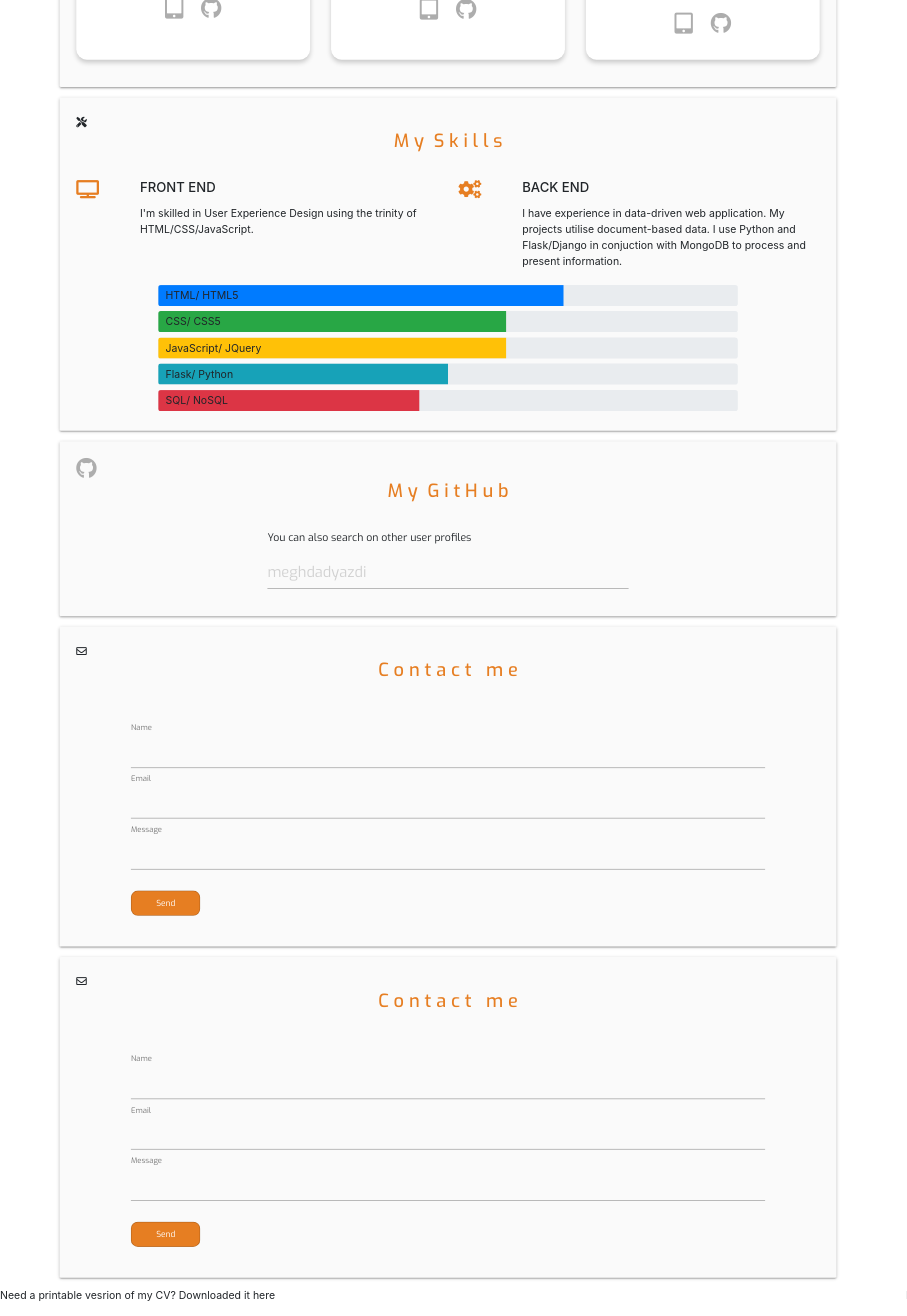
Repository: meghdadyazdi/SD_Res
Page: index.html
The author's editor kept a record of every edit. The page is drawn from the files as they stood at one moment, then again after the next edit.
The browser window is 1280 px wide. The page is 1295 px wide, so the pictures cover 1295 px, including what lies to the right of the window. The pictures show the part of the page from y = 1005 to 2885 px (the page is 2885 px tall before and 2847 px after), at 70% of full size.
Some web libraries are served in a nearby version.

Above is the page before.
Console error: ReferenceError: $ is not defined

### index.html
<!DOCTYPE html>
<html lang="en">

<head>
  <meta charset="UTF-8">
  <meta name="viewport" content="width=device-width, initial-scale=1.0">
  <meta http-equiv="X-UA-Compatible" content="ie=edge">
  <link rel="stylesheet" href="https://cdnjs.cloudflare.com/ajax/libs/materialize/1.0.0/css/materialize.min.css">
  <link href="https://fonts.googleapis.com/icon?family=Material+Icons" rel="stylesheet">
  <link rel="stylesheet" href="assets/style.css" type="text/css" />
  <link href="https://fonts.googleapis.com/css?family=Raleway:100,100i,200,200i,300,300i,400,400i,500,500i,600,600i,700,700i,800,800i,900,900i&display=swap&subset=latin-ext" rel="stylesheet">
  <link rel="stylesheet" href="https://stackpath.bootstrapcdn.com/bootstrap/4.4.1/css/bootstrap.min.css" integrity="sha384-Vkoo8x4CGsO3+Hhxv8T/Q5PaXtkKtu6ug5TOeNV6gBiFeWPGFN9MuhOf23Q9Ifjh" crossorigin="anonymous">
  <link href="https://fonts.googleapis.com/css?family=Roboto+Slab:400,700&display=swap" rel="stylesheet">
  <link rel="stylesheet" href="https://use.fontawesome.com/releases/v5.6.1/css/all.css" integrity="sha384-gfdkjb5BdAXd+lj+gudLWI+BXq4IuLW5IT+brZEZsLFm++aCMlF1V92rMkPaX4PP" crossorigin="anonymous">
  <link href="https://fonts.googleapis.com/css?family=Dosis&display=swap" rel="stylesheet">
  <script type="text/javascript" src="assets/js/github-information.js"></script>
  <title>Meghdad Yazdi's Resume</title>

  <script type="text/javascript" src="https://cdn.jsdelivr.net/npm/emailjs-com@2.3.2/dist/email.min.js"></script>
  <script type="text/javascript">
    (function() {
      emailjs.init("user_qJqSswG9orTrNOoYLmxQi");
    })();
  </script>
</head>

<body>



  <nav>
    <div class="nav-wrapper">
      <a id="home" href="index.html" class="brand-logo">Home</a>
      <a href="#" data-target="mobile-demo" class="sidenav-trigger"><i class="material-icons">menu</i></a>
      <ul class="right hide-on-med-and-down">
        <li><a href="#about">About</a></li>
        <li><a href="#projects">Projects</a></li>
        <li><a href="#skills">My Skils</a></li>
        <li><a href="#github">Git Hub</a></li>
        <li><a href="#contact">Contact me</a></li>
        <li><a href="#contact">My CV</a></li>
      </ul>
    </div>
    <ul class="sidenav text-font" id="mobile-demo">
      <li><a href="#about">About</a></li>
      <li><a href="#projects">Projects</a></li>
      <li><a href="#skills">My Skils</a></li>
      <li><a href="#github">Git Hub</a></li>
      <li><a href="#contact">Contact me</a></li>
      <li><a href="#contact">My CV</a></li>
    </ul>
  </nav>


  <section class="container">
    <div class="card-panel grey lighten-5 z-depth-1">
      <div class="row valign-wrapper">
        <div class="col-sm-4 center">
          <!--<div class="col my_img">-->
          <img src="assets/images/meghdad_res2.jpg" alt="" class="circle responsive-img center">
          <!-- notice the "circle" class -->
          <!--</div>-->
        </div>
        <div class="col-sm-8 center">
          <div class="row">
            <div class="col-sm-12 center">
              <span class="black-text name-font">
                Meghdad Yazdi
              </span>
            </div>
            <div class="col-sm-12 center">
              <span class="black-text my-font">
                Full Stack Developer
              </span>
            </div>
          </div>
        </div>
      </div>
    </div>
  </section>

  <section class="container">
    <div class="card-panel grey lighten-5 z-depth-1">
      <div><i class="far fa-user icons"></i></div>
      <div class="row">
        <div class="col-sm-12 text-font">
          <h3 id="about" class="three-reasons-icon">A b o u t</h3>
        </div>
        <div class="col-sm-6 col-md-4 text-font m0">

          <p>
            I'm a physicist and a skilled Fullstack developer with a wealth of diverse life and technical experience that I bring to every project.
          </p>
        </div>
        <div class="col-sm-6 col-md-4 text-font m0">
          <!--<h3>HOW DO I DO IT?</h3>-->
          <p>
            I follow form as well as function. I know that aesthetics of effective design combined with application speed, security and reliability creates a great user experience.
          </p>
        </div>
        <div class="col-sm-6 col-md-4 text-font m0">
          <!--<h3>WHY HIRE ME</h3>-->
          <p>
            I work quickly and effectively in getting things built and working across the stock. I'm an excellent communicator who thrives in bright and enthusiastic teams, I'm also a self-starter when I work solo.
          </p>
        </div>
      </div>
    </div>
  </section>


  <section class="container">
    <div class="card-panel grey lighten-5 z-depth-1">
      <div><i class="fas fa-cog icons"></i></div>
      <div class="row align-items-center">
        <div class="col-sm-12 text-font">
          <h3 id="projects" class="three-reasons-icon">P r o j e c t s</h3>
        </div>

        <div class="col-sm-12 col-md-6 col-lg-4">
          <div id="cook" class="card">
            <img id="img-cook" src="assets/images/cookbook.png" alt="CooKBooK" class="work-img" style="width:100%">
            <div class="container">
              <h4><b>CooKBooK</b></h4>
              <h5>Flask, Python, Jquery, MongoDB</h5>
              <p>A site to search recipes. Users signs in/up to share their recipes and rate all recipes.</p>
              <div class="par"><a href="https://cookbook-meghdad.herokuapp.com" target="_blank"><i class="fas fa-tablet-alt"></i></a> &nbsp&nbsp&nbsp&nbsp
                <a href="https://github.com/meghdadyazdi/cookbook" target="_blank"><i class="fab fa-github"></i></a></div>
            </div>
          </div>
        </div>


        <div class="col-sm-12 col-md-6 col-lg-4">
          <div id="tetris" class="card">
            <img id="img-tetris" src="assets/images/Tetris.png" alt="Tetris Game" class="work-img" style="width:100%">
            <div class="container">
              <h4><b>Tetris Game</b></h4>
              <h5>Javascript, JQuery, HTML</h5>
              <p>Inspired by famous Tetris game. Optimized for desktop, tablet and mobile devices.</p>
              <div class="par"><a href="https://meghdadyazdi.github.io/IFD-Milestone/" target="_blank"><i class="fas fa-tablet-alt"></i></a> &nbsp&nbsp&nbsp&nbsp
                <a href="https://github.com/meghdadyazdi/IFD-Milestone" target="_blank"><i class="fab fa-github"></i></a></div>
            </div>
          </div>
        </div>


        <div class="col-sm-12 col-md-6 col-lg-4">
          <div id="gym" class="card">
            <img id="img-gym" src="assets/images/gym.png" alt="Gym" class="work-img" style="width:100%">
            <div class="container">
              <h4><b>Perfect Gym</b></h4>
              <h5>HTML, CSS, Bootstrap</h5>
              <p>A front-end design for a gym for introducing the activities and classes to members.</p>
              <div class="par"><a href="https://meghdadyazdi.github.io/UCFD-Milestone/index.html" target="_blank"><i class="fas fa-tablet-alt"></i></a> &nbsp&nbsp&nbsp&nbsp
                <a href="https://github.com/meghdadyazdi/UCFD-Milestone" target="_blank"><i class="fab fa-github"></i></a></div>
            </div>
          </div>
        </div>

      </div>

    </div>
  </section>

  <section class="container">
    <div class="card-panel grey lighten-5 z-depth-1">
      <div><i class="fas fa-tools icons"></i></div>
      <div class="col-sm-12 text-font">
        <h3 id="skills" class="three-reasons-icon">M y &nbspS k i l l s</h3>
      </div>
      <div class="row">
        <div class="col-10 offset-1 offset-sm-0 col-sm-6">
          <div class="row">
            <div class="col-2">
              <i class="three-reasons-icon fa fa-tv" aria-hiden="true"></i>
            </div>
            <div class="col-10">
              <h5 class="three-reasons-heading uppercase">FRONT END</h5>
              <p>I'm skilled in User Experience Design using the trinity of HTML/CSS/JavaScript.
              </p>
            </div>
          </div>
        </div>
        <div class="col-10 offset-1 offset-sm-0 col-sm-6">
          <div class="row">
            <div class="col-2">
              <i class="three-reasons-icon fa fa-cogs" aria-hiden="true"></i>
            </div>
            <div class="col-10">
              <h5 class="three-reasons-heading uppercase">BACK END</h5>
              <p>
                I have experience in data-driven web application. My projects utilise document-based data. I use Python and Flask/Django in conjuction with MongoDB to process and present information.
              </p>
            </div>
          </div>
        </div>
      </div>


      <div class="row progress-section">
        <div class="col">
          <div class="progress">
            <div class="progress-bar" role="progressbar" aria-valuenow="90" aria-valuemin="0" aria-valuemax="100" style="width:70%;">
              <span class="sr-only">70% complete</span>
            </div>
            <span class="progress-type progress-font">HTML/ HTML5</span>
          </div>
          <div class="progress">
            <div class="progress-bar bg-success" role="progressbar" aria-valuenow="70" aria-valuemin="0" aria-valuemax="100" style="width:60%;">
              <span class="sr-only">600% complete</span>
            </div>
            <span class="progress-type progress-font">CSS/ CSS5</span>
          </div>

          <div class="progress">
            <div class="progress-bar bg-warning" role="progressbar" aria-valuenow="80" aria-valuemin="0" aria-valuemax="100" style="width:60%;">
              <span class="sr-only">60% complete</span>
            </div>
            <span class="progress-type progress-font">JavaScript/ JQuery</span>
          </div>
          <div class="progress">
            <div class="progress-bar bg-info" role="progressbar" aria-valuenow="75" aria-valuemin="0" aria-valuemax="100" style="width:50%;">
              <span class="sr-only">50% complete</span>
            </div>
            <span class="progress-type progress-font">Flask/ Python</span>
          </div>
          <div class="progress">
            <div class="progress-bar bg-danger" role="progressbar" aria-valuenow="80" aria-valuemin="0" aria-valuemax="100" style="width:45%;">
              <span class="sr-only">45% complete</span>
            </div>
            <span class="progress-type progress-font">SQL/ NoSQL</span>
          </div>
        </div>
      </div>

    </div>
  </section>

  <section class="container">
    <div class="card-panel grey lighten-5 z-depth-1">
      <div><i class="fab fa-github icons"></i></div>
      <div class="row bg-color-contact">

        <div class="col-sm-12 text-font">
          <h3 id="github" class="three-reasons-icon">M y &nbspG i t H u b</h3>
        </div>

        <div class="col-md-6 offset-md-3 center-form text-font">

          <p>
            You can also search on other user profiles
          </p>

        </div>
        <div class="col-md-6 offset-md-3 center-form text-font">
          <input type="text" id="gh-username" placeholder="meghdadyazdi" value="" oninput="fetchGitHubInformation()" />
          <div id="gh-user-data"></div>
          <div id="gh-repo-data"></div>
        </div>
      </div>
    </div>
  </section>


  <section class="container">
    <div class="card-panel grey lighten-5 z-depth-1">
      <div><i class="far fa-envelope icons"></i></i></div>
      <div class="col-sm-12 text-font">
          <h3 id="contact" class="three-reasons-icon">C o n t a c t &nbsp m e</h3>
        </div>

      <form id="myform" class="text-font">
        <label>Name</label>
        <input type="text" name="from_name" />
        <label>Email</label>
        <input type="text" name="from_email" />
        <label>Message</label>
        <input type="text" name="project_request" />
        <br><br>
        <button>Send</button>
      </form>

    </div>
  </section>


  <section class="container">
    <div class="card-panel grey lighten-5 z-depth-1">
      <div><i class="far fa-envelope icons"></i></i></div>
      <div class="col-sm-12 text-font">
          <h3 id="contact" class="three-reasons-icon">C o n t a c t &nbsp m e</h3>
        </div>

      <form id="myform" class="text-font">
        <label>Name</label>
        <input type="text" name="from_name" />
        <label>Email</label>
        <input type="text" name="from_email" />
        <label>Message</label>
        <input type="text" name="project_request" />
        <br><br>
        <button>Send</button>
      </form>

    </div>
  </section>


  <p class="inline-block">
                    Need a printable vesrion of my CV? Downloaded it here
                    <a href="CV/CV_Meghdad_Yazdi.pdf" target="_blank" class="cv-pdf">
                     <i class="fas fa-download" aria-hidden="true"></i>
                     <span class="sr-only">Doanload link</span>
                 </a>
                </p>


  <div class="row">
    <div class="col d-none d-md-block">
      <div class="go-home">
        <a href="#home"><i class="far fa-hand-point-up up"></i></a>
      </div>
    </div>
  </div>

</body>
<script src="https://cdnjs.cloudflare.com/ajax/libs/jquery/3.4.1/jquery.min.js" integrity="sha256-CSXorXvZcTkaix6Yvo6HppcZGetbYMGWSFlBw8HfCJo=" crossorigin="anonymous"></script>
<script src="https://cdnjs.cloudflare.com/ajax/libs/materialize/1.0.0/js/materialize.min.js"></script>
<script type="text/javascript" src="assets/js/jquery.js"></script>
<script src="https://smtpjs.com/v3/smtp.js"></script>
<script type="text/javascript" src="assets/js/main.js"></script>
<script src="assets/js/sendEmail.js"></script>


</html>

### assets/style.css
@import url('https://fonts.googleapis.com/css?family=Roboto:100,200,300,400,500,600,700|Exo:100,200,300,400,500,600,700');

nav {
    background-color: #e67e22;
}

.sidenav {
    width: 150px;
    background-color: #e67e22;
}

.row .col.m2 {
    width: 50%;
    margin: 0;
}

.row .col.s12 {
    width: 50%;
    margin: 0;
}

.card-panel{
    position: relative;
}

.dark-bg{
    background-color: #676767;
}

.go-home {
  position: fixed;
  right: 25px;
  bottom: 25px;
  width: 50px;
  height: 50px;
  border-radius: 50%;
  background-color: #e67e22;
  color: white;
  text-align: center;
}

.fa-hand-point-up{
  font-size: 40px;
  margin: 5px 2px 0 0;
}

a {
    color: #fff !important;
}

.center {
  display: block;
  margin-left: auto;
  margin-right: auto;
  width: 50%;
}

img.responsive-img {
    max-width: 50%;
}
.name-font{
    font-family: 'Dosis', sans-serif;
    /*font-family: "Roboto", sans-serif;*/
    font-size: 2.5rem;
    font-weight: 400;
    text-align: center;
}
.my-font{
    /*font-family: 'Dosis', sans-serif;*/
    font-family: "Roboto", sans-serif;
    font-size: 1.8rem;
    /*text-align: center;*/
    font-weight: 100;
}
.text-font{
    /*font-family: 'Dosis', sans-serif;*/
    font-family: "Exo", sans-serif;
    font-size: 1rem;
    /*text-align: center;*/
    font-weight: 400;
}
.row{
    margin: 0;
}

.m0{
  margin: 0 !important;
}

.p0{
  padding: 0 !important;
}

/*.row .col-sm-6{*/
/*  margin-top: 5rem; */
/*}*/

a:hover {
    color: #fff !important;
    text-decoration: none !important;
}

.card {
  box-shadow: 0 4px 8px 0 rgba(0,0,0,0.2);
  transition: 0.3s;
  width: 100%;
  height: 380px;
  border-radius: 15px !important;
  border: 0px solid rgba(0,0,0,.125) !important;
}

.card:hover {
  box-shadow: 0 8px 90px 0 rgba(0,0,0,1);
}

.mauto{
  margin: auto !important;
}

.fa-tablet-alt{
  font-size: 30px;
  color: #adadad
}

.fa-tablet-alt:hover{
  transform: rotate(5deg);
  color: #5a5a5a;
}

.fa-github{
  font-size: 30px;
  color: #adadad
}

.fa-github:hover{
  transform: rotate(5deg);
  color: #5a5a5a;
}

.par{
  text-align: center;
}

.work-img{
  filter: grayscale(100%);
}

#img-cook,
#img-tetris,
#img-gym{
  border-radius: 15px;
}

h4{
  margin-top: 1rem !important;
  color: #000;
}

h3{
text-align:center;
font-size:20px;
margin-bottom: 40px !important;
}

.card-img{

}

/*__________________________Skils______________________________*/

.progress{
    position: relative;
    height: 30px !important;
    margin-bottom: 4px;
}

.progress-type{
    position: absolute;
    left: 0;
    font-weight: 400;
    padding: 4px 39px 19px 10px;
    color: #212529;
}

.progress-section{
    margin: 0px auto!important;
    width: 80%;
}

.progress-font{
  font-size: 15px;
}

/*___________________________three reason___________________________________*/

.three-reasons-icon{
    font-size: 26px;
    color: #e67e22;
}

.three-reasons-heading{
    margin-bottom: 15px;
}


/*__________________________Github_____________________________*/
#search-area {
  display: block;
  max-width: 70%;
  margin: 0 auto;
  background: #fff;
  padding: 15px 25px;
  -webkit-box-shadow: 1px 2px 3px -1px rgba(0, 0, 0, 0.4);
  -moz-box-shadow: 1px 2px 3px -1px rgba(0, 0, 0, 0.4);
  box-shadow: 1px 2px 3px -1px rgba(0, 0, 0, 0.4);
  -webkit-border-radius: 4px;
  -moz-border-radius: 4px;
  border-radius: 4px;
}

#gh-api-data {
  display: block;
  padding: 25px 0;
}

#loader {
  display: block;
  width: 200px;
  height: 200px;
  margin: 0 auto;
}


/* page content styles */

.small-name {
  font-size: 0.75em;
  color: #a9a9a9;
  font-style: italic;
}

.avi {
  float: left;
  margin-right: 7px;
  margin-bottom: 7px;
}

.avi img {
  border: 1px solid #ccc;
  padding: 3px;
}

.repo-list {
  display: block;
  clear: both;
  width: 100%;
}

.repo-list ul {
  font-size: 1.2em;
}

.repo-list ul li {
  display: block;
}

.repo-list ul li a {
  font-weight: bold;
  padding: 6px 9px;
  display: block;
  float: left;
  margin-right: 10px;
  margin-bottom: 10px;
  text-decoration: none;
  border: 1px solid #356492;
  -webkit-border-radius: 3px;
  -moz-border-radius: 3px;
  border-radius: 3px;
  color: #fff;
  background-color: #3673af;
  background-image: -webkit-gradient(linear, left top, left bottom, from(#5597d8), to(#3673af));
  background-image: -webkit-linear-gradient(top, #5597d8, #3673af);
  background-image: -moz-linear-gradient(top, #5597d8, #3673af);
  background-image: -ms-linear-gradient(top, #5597d8, #3673af);
  background-image: -o-linear-gradient(top, #5597d8, #3673af);
  background-image: linear-gradient(top, #5597d8, #3673af);
}

.repo-list ul li a:hover {
  background-color: #396895;
  background-image: -webkit-gradient(linear, left top, left bottom, from(#4b87c2), to(#396895));
  background-image: -webkit-linear-gradient(top, #4b87c2, #396895);
  background-image: -moz-linear-gradient(top, #4b87c2, #396895);
  background-image: -ms-linear-gradient(top, #4b87c2, #396895);
  background-image: -o-linear-gradient(top, #4b87c2, #396895);
  background-image: linear-gradient(top, #4b87c2, #396895);
}

.repo-list ul li a:active {
  -webkit-box-shadow: inset 0 3px 5px rgba(0, 0, 0, 0.25);
  -moz-box-shadow: inset 0 3px 5px rgba(0, 0, 0, 0.25);
  box-shadow: inset 0 3px 5px rgba(0, 0, 0, 0.25);
}

.repo-list ul li a span {
  font-family: "Courier New", Courier, "Lucida Typewriter", monospace;
  font-size: 0.9em;
}

/* input field */

#gh-username {
  display: block;
  padding: 0;
  font-size: 1.4em;
  color: #666;
  /*max-width: 550px;*/
  margin-bottom: 15px;
}


#gh-submit {
  display: inline-block;
  padding: 8px 18px;
  font-size: 14px;
  font-weight: bold;
  color: #444;
  text-decoration: none;
  text-shadow: 0 1px 0 rgba(255, 255, 255, 0.8);
  background-color: #eaeaea;
  background-image: -webkit-linear-gradient(#fafafa, #eaeaea);
  background-image: -moz-linear-gradient(#fafafa, #eaeaea);
  background-image: -ms-linear-gradient(top, #fafafa, #eaeaea);
  background-image: -o-linear-gradient(top, #fafafa, #eaeaea);
  background-image: linear-gradient(#fafafa, #eaeaea);
  border-radius: 3px;
  border: 1px solid #ddd;
  border-bottom-color: #c5c5c5;
  -webkit-box-shadow: 0 1px 3px rgba(0, 0, 0, 0.05);
  -moz-box-shadow: 0 1px 3px rgba(0, 0, 0, 0.05);
  box-shadow: 0 1px 3px rgba(0, 0, 0, 0.05);
}

#gh-submit:hover {
  background-color: #dadada;
  background-image: -webkit-linear-gradient(#eaeaea, #dadada);
  background-image: -moz-linear-gradient(#eaeaea, #dadada);
  background-image: -ms-linear-gradient(top, #eaeaea, #dadada);
  background-image: -o-linear-gradient(top, #eaeaea, #dadada);
  background-image: linear-gradient(#eaeaea, #dadada);
  border-color: #ccc #ccc #b5b5b5;
}

#gh-submit:active {
  background-color: #dadada;
  background-image: none;
  border-color: #b5b5b5;
  -webkit-box-shadow: inset 0 3px 5px rgba(0, 0, 0, 0.25);
  -moz-box-shadow: inset 0 3px 5px rgba(0, 0, 0, 0.25);
  box-shadow: inset 0 3px 5px rgba(0, 0, 0, 0.25);
}


/*_______________________________Form_____________________________*/

form {
  width: 90%;
  padding: 20px 25px;
  margin: auto;
  margin-top: 30px;
}
form input,
form textarea {
  font: inherit;
  padding: 5px 5px;
  width: 100%;
  margin-top: 3px;
  margin-bottom: 15px;
  box-sizing: border-box;
}
form button {
  border: 1px solid rgba(0,0,0,0.2);
  padding: 8px 35px;
  font-size: 12px;
  background: #e67e22;
  color: white;
  border-radius: 10px;
}
form label {
  color: #777;
  font-size: 11px;
  margin-bottom: 2px;
  display: block;
}

button:focus {
    background-color: #934500;
}

### assets/js/jquery.js
$(document).ready(function(){
    $('.sidenav').sidenav();
    $('#cook').mouseenter(function (){
        $('#img-cook').removeClass('work-img');
    });
    $('#cook').mouseleave(function (){
        $('#img-cook').addClass('work-img');
    });
    $('#tetris').mouseenter(function (){
        $('#img-tetris').removeClass('work-img');
    });
    $('#tetris').mouseleave(function (){
        $('#img-tetris').addClass('work-img');
    });
    $('#gym').mouseenter(function (){
        $('#img-gym').removeClass('work-img');
    });
    $('#gym').mouseleave(function (){
        $('#img-gym').addClass('work-img');
    });

    $("a").on('click', function(event) {

    // Make sure this.hash has a value before overriding default behavior
    if (this.hash !== "") {
      // Prevent default anchor click behavior
      event.preventDefault();

      // Store hash
      var hash = this.hash;

      // Using jQuery's animate() method to add smooth page scroll
      // The optional number (800) specifies the number of milliseconds it takes to scroll to the specified area
      $('html, body').animate({
        scrollTop: $(hash).offset().top
      }, 1000, function(){

        // Add hash (#) to URL when done scrolling (default click behavior)
        window.location.hash = hash;
      });
    } // End if
  });
  });

### assets/js/main.js
function sendEmail() {
	Email.send({
	Host: "smtp.gmail.com",
	Username : "meghdad23@gmail.com",
	Password : "",
	To : 'meghdadyazdi@yahoo.com',
	From : "meghdad23@gmail.com",
	Subject : "helloommmmmmmmmm",
	Body : "",
	}).then(
		message => alert("mail sent successfully")
	);
}

Loaded but not shown: assets/js/github-information.js (80 lines, source omitted); assets/js/sendEmail.js (no copy from this time; the picture is the same without it)

After the next edit:
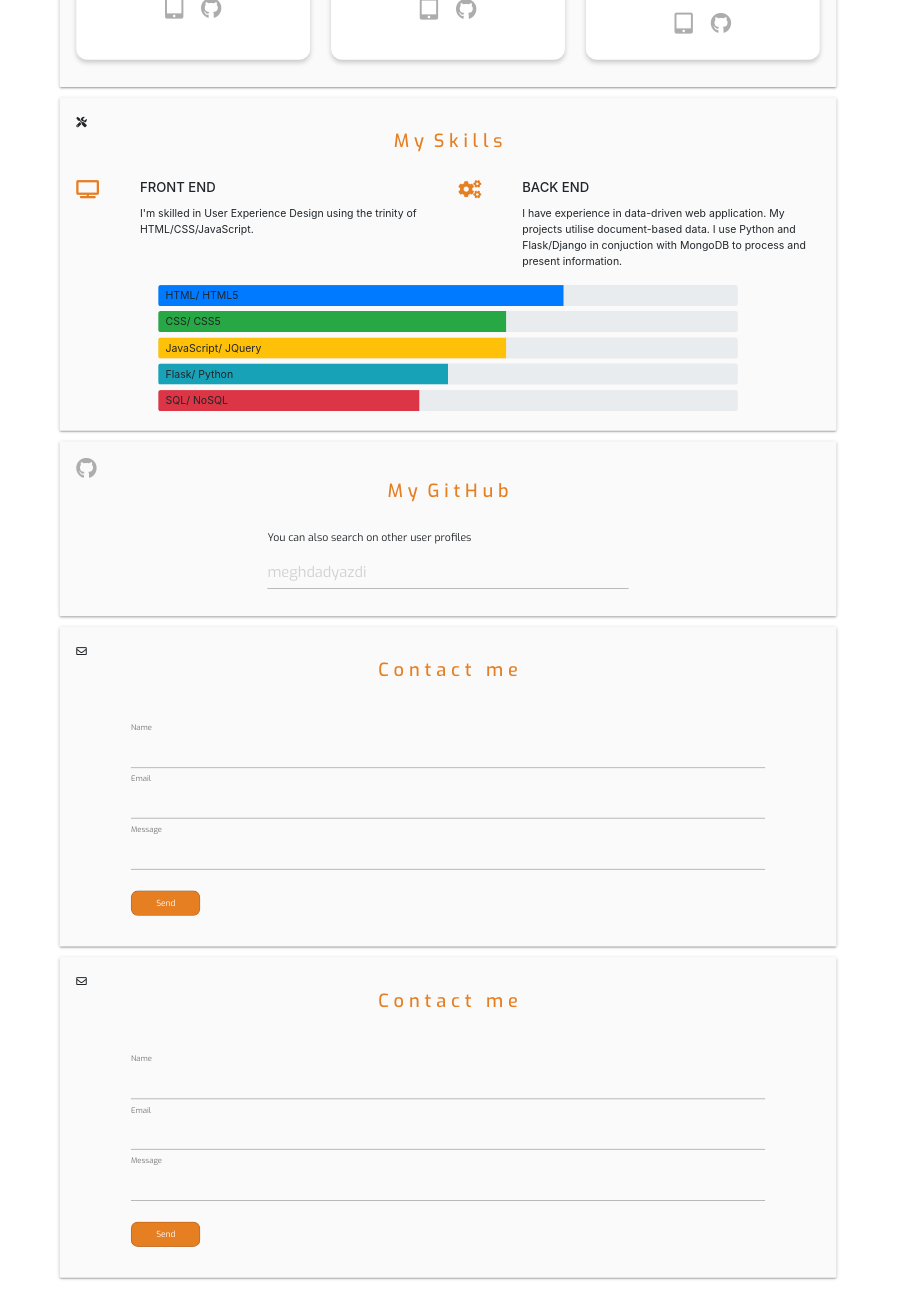
The edit:
--- a/index.html
+++ b/index.html
@@ -307,13 +307,7 @@
   </section>
 
 
-  <p class="inline-block">
-                    Need a printable vesrion of my CV? Downloaded it here
-                    <a href="CV/CV_Meghdad_Yazdi.pdf" target="_blank" class="cv-pdf">
-                     <i class="fas fa-download" aria-hidden="true"></i>
-                     <span class="sr-only">Doanload link</span>
-                 </a>
-                </p>
+
 
 
   <div class="row">
